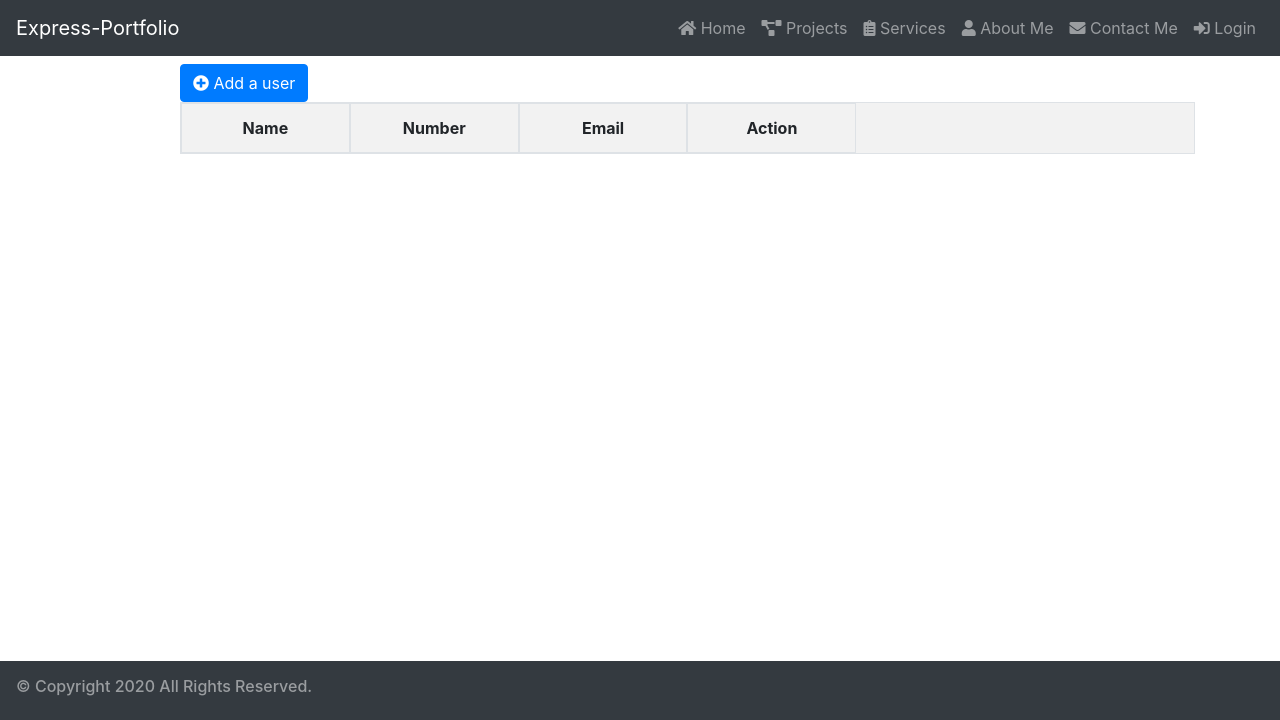
Repository: carlossclaro/Express_Portfolio
Page: server/views/users1/users.ejs
The author's editor kept a copy of each file at every save. The page is drawn from the files as they stood at one save, then again after the next save.
The browser window is 1280 px wide. The pictures show the whole page.
The page is served by the project's Node server (app.js). Other server files are loaded and not shown. The template is opened directly, without the code that normally fills it, so the values that code supplies are empty.

Above is the page before, as saved 2020-10-24 19:06:12.

### server/views/users1/users.ejs

<!--
 *business_contact_view.ejs created by:
  Carlos Cruz-Claro 0N 2020-10-22
#300-902-439
-->

<!--
This view to remain hidden to those unauth or not signed in. Should only be visable to 'test' user!
-->
<%- include ../partials/header.ejs %>


<%- include ../partials/main_nav.ejs %>

<!-- Main Content -->
<main class="container">
  <div class="row">
    <div class="offset-md-1 col-md-11">
      <h1><%= title %></h1>
      <a href="/users/add" class="btn btn-primary" role="button">
      <i class="fas fa-plus-circle"></i> Add a user</a>

    </a>
      <br>
      <table class="table table-bordered table-striped table-hover">
          <!-- Table Header Row -->
          <tr class="d-flex">
            <th class="text-center col-2">Name</th>
            <th class="text-center col-2">Number</th>
            <th class="text-center col-2">Email</th>
            <th class="text-center col-2">Action</th>
          </tr>

          <!-- Repeatable Template Row -->

          <% for(let count = 0; count < UserList.length; count++) { %>
            <tr class="d-flex">
                <td class="text-center col-2"><%= UserList[count].name %></td>
                <td class="text-center col-2"><%= UserList[count].number %></td>
                <td class="text-center col-2"><%= UserList[count].email %></td>
                <td class="text-center col-1">
                  <a href="/users/edit/<%= UserList[count]._id %>" class="btn btn-primary">
                 <i class="fas fa-pencil-alt"></i> Edit</a>
                </td>
                <td class="text-center col-1">
                    <a href="/users/delete/<%= UserList[count]._id%>" class="btn btn-danger">
                    <i class="fas fa-trash-alt"></i> Delete</a>
                </td>
            </tr>
          <% } %>
      </table>
    </div>
  </div>
</main>



<%- include ../partials/bottom_nav.ejs %>

<%- include ../partials/footer.ejs %>

### server/views/partials/header.ejs
<!DOCTYPE html>
<html lang="en">
<head>
  <meta charset="UTF-8">
  <meta name="viewport" content="width=device-width, initial-scale=1.0">
  <title><%= title %></title>

  <!-- CSS Section-->
  <link rel="stylesheet" href="/bootstrap/dist/css/bootstrap.min.css">
  <link rel="stylesheet" href="/@fortawesome/fontawesome-free/css/all.min.css">
  <link rel='stylesheet' href='/Content/app.css' />

</head>
<body>

### server/views/partials/main_nav.ejs
  <!--Main Nav here-->
  <nav class="navbar navbar-expand-lg navbar-dark bg-dark">
    <a class="navbar-brand" href="/">Express-Portfolio</a>
    <button class="navbar-toggler" type="button" data-toggle="collapse" data-target="#navbarSupportedContent" aria-controls="navbarSupportedContent" aria-expanded="false" aria-label="Toggle navigation">
      <span class="navbar-toggler-icon"></span>
    </button>

   <!--  <nav class="navbar navbar-light bg-dark">
      <a class="navbar-brand" href="/">
        <img src="public/Assets/images/personal_logo.png" width="30" height="30" class="d-inline-block align-top" alt="">
      </a>
    </nav>-->
    <div class="collapse navbar-collapse" id="navbarSupportedContent">
      <ul class="navbar-nav ml-auto">
       <!--TOFIX: HOME DOES NOT HIGHLIGHT WHEN CLICKED-->
        <% if ((title == "Home") || (title =="/")) { %>
        <li class="nav-item active">
        <% } else { %>
        <li class="nav-item">
        <% } %>
          <a class="nav-link" href="/home"><i class="fas fa-home"></i> Home </a>
        </li>

        <% if (title == "Projects") { %>
        <li class="nav-item active">
        <% } else { %>
        <li class="nav-item">
        <% } %>
          <a class="nav-link" href="/projects"><i class="fas fa-project-diagram"></i> Projects </a>
        </li>

        <% if (title == "Services") { %>
        <li class="nav-item active">
        <% } else { %>
        <li class="nav-item">
        <% } %>
          <a class="nav-link" href="/services"><i class="fas fa-clipboard-list"></i> Services </a>
        </li>

        <% if (title == "About Me") { %>
          <li class="nav-item active">
        <% } else { %>
        <li class="nav-item">
        <% } %>
          <a class="nav-link" href="/aboutme"><i class="fas fa-user"></i> About Me </a>
        </li>

        <% if (title == "Contact Me") { %>
          <li class="nav-item active">
        <% } else { %>
        <li class="nav-item">
        <% } %>
          <a class="nav-link" href="/contactme"><i class="fas fa-envelope"></i> Contact Me</a> </a>
        </li>

           <% if (title == "Authentication") { %>
          <li class="nav-item active">
        <% } else { %>
        <li class="nav-item">
        <% } %>
          <a class="nav-link" href="/authenticate"><i class="fas fa-sign-in-alt"></i> Login</a> </a>
        </li>
    </div>
  </nav>

### server/views/partials/bottom_nav.ejs
 <!-- Bottom Nav-->
  <footer>
    <nav class="navbar fixed-bottom navbar-dark bg-dark">
      <h6 class="display-6 navbar-text">&copy; Copyright 2020 All Rights Reserved.</h1>
    </nav>
  </footer>

### server/views/partials/footer.ejs
<!-- Script Selection (Front-Side)-->
<html>
<body>
  <script src="/jquery/dist/jquery.min.js"></script>
  <script src="/bootstrap/dist/js/bootstrap.min.js"></script>
  <script src="/Scripts/app.js"></script>
</body>
</html>

### app.js
/*App.js created by Carlos Cruz-Claro 0N 2020-10-11
#300-902-439 */

// Installed 3rd party packages
let createError = require('http-errors');
let express = require('express');
let path = require('path');
let cookieParser = require('cookie-parser');
let logger = require('morgan');

let indexRouter = require('./routes/index');
let usersRouter = require('./routes/users');

let app = express();

// view engine setup
app.set('views', path.join(__dirname, 'views'));
app.set('view engine', 'ejs');

app.use(logger('dev'));
app.use(express.json());
app.use(express.urlencoded({ extended: false }));
app.use(cookieParser());
app.use(express.static(path.join(__dirname, 'public')));
app.use(express.static(path.join(__dirname, 'node_modules')));

app.use('/', indexRouter);
app.use('/users', usersRouter);

// catch 404 and forward to error handler
app.use(function(req, res, next) {
  next(createError(404));
});

// error handler
app.use(function(err, req, res, next) {
  // set locals, only providing error in development
  res.locals.message = err.message;
  res.locals.error = req.app.get('env') === 'development' ? err : {};

  // render the error page
  res.status(err.status || 500);
  res.render('error', { title: 'Error'});
});

module.exports = app;

### public/Content/app.css
/* Custom css goes here */
/*Created by Carlos Cruz-Claro 0N 2020-10-11
#300-902-439 */
.map-container-section {
    overflow:hidden;
    padding-bottom:56.25%;
    position:relative;
    height:0;
  }
  .map-container-section iframe {
    left:0;
    top:0;
    height:100%;
    width:100%;
    position:absolute;
  }
  .container{
    height:300px;
  }
  .navbar-default { margin : 0 !important; }

### public/Scripts/app.js
//IIFE -- Immdiately Invoked Function Expression
/* app.js created by Carlos Cruz-Claro 0N 2020-10-11
#300-902-439 */
(function() {
    function Start()
    {
        console.log("App Started...");
    }

    window.addEventListener("load", Start);

})();

After the next save:
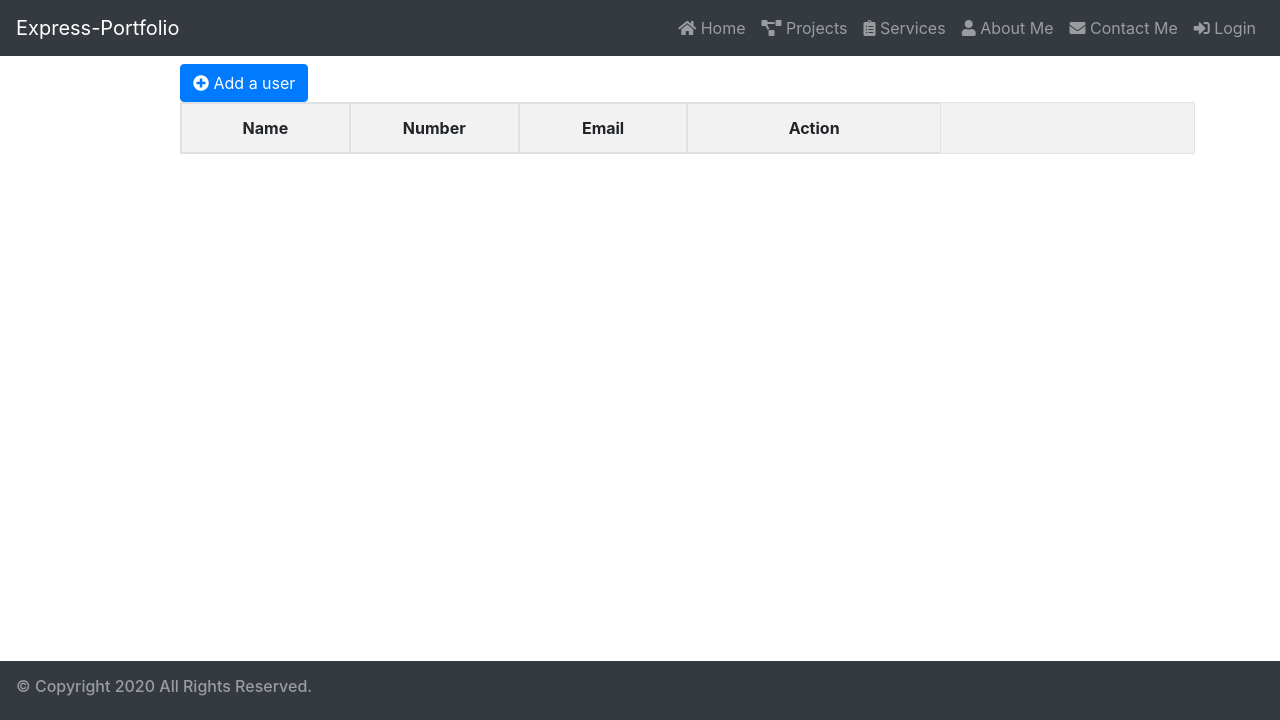
Saved 13 s later.
--- a/server/views/users1/users.ejs
+++ b/server/views/users1/users.ejs
@@ -29,7 +29,7 @@ This view to remain hidden to those unauth or not signed in. Should only be visa
             <th class="text-center col-2">Name</th>
             <th class="text-center col-2">Number</th>
             <th class="text-center col-2">Email</th>
-            <th class="text-center col-2">Action</th>
+            <th class="text-center col-3">Action</th>
           </tr>
 
           <!-- Repeatable Template Row -->
